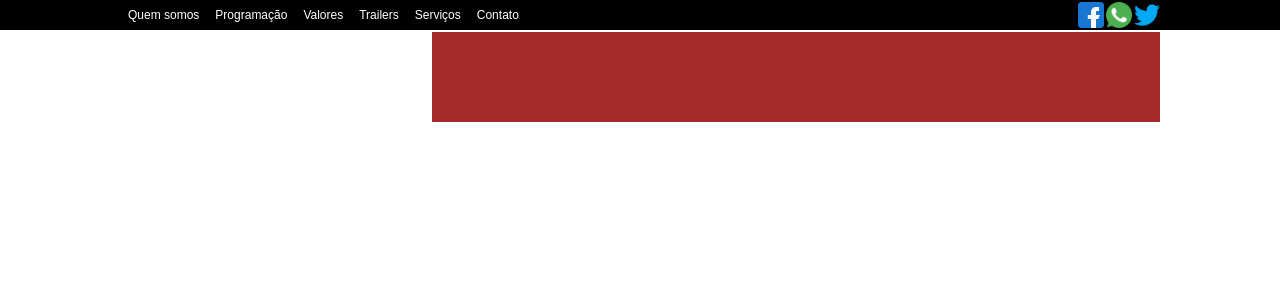
Repository: brnatajose/cineveneza
Page: index.html
The author's editor kept a copy of each file at every save. The page is drawn from the files as they stood at one save, then again after the next save.
The browser window is 1280 px wide. The pictures show the whole page.

Above is the page before, as saved 2021-08-28 13:34:52.

After the next save:
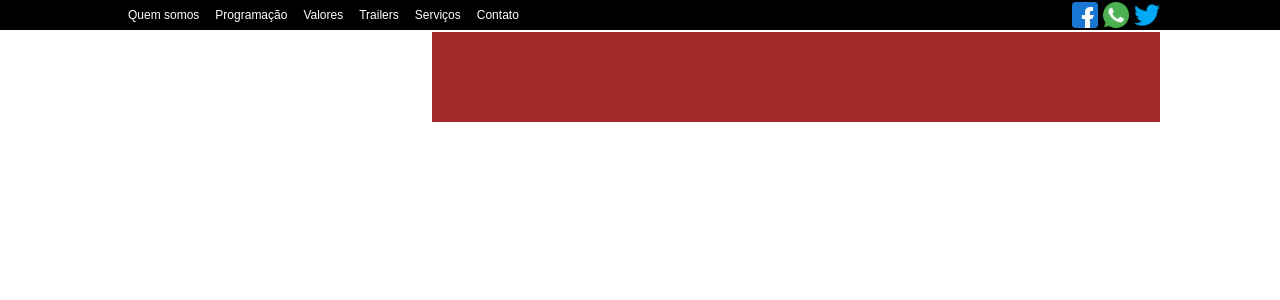
Saved 7 s later.
--- a/main.css
+++ b/main.css
@@ -61,7 +61,7 @@
 
 .toporight a {
     float: right;
-    padding-left: 2px;
+    padding-left: 5px;
 
 }
 
